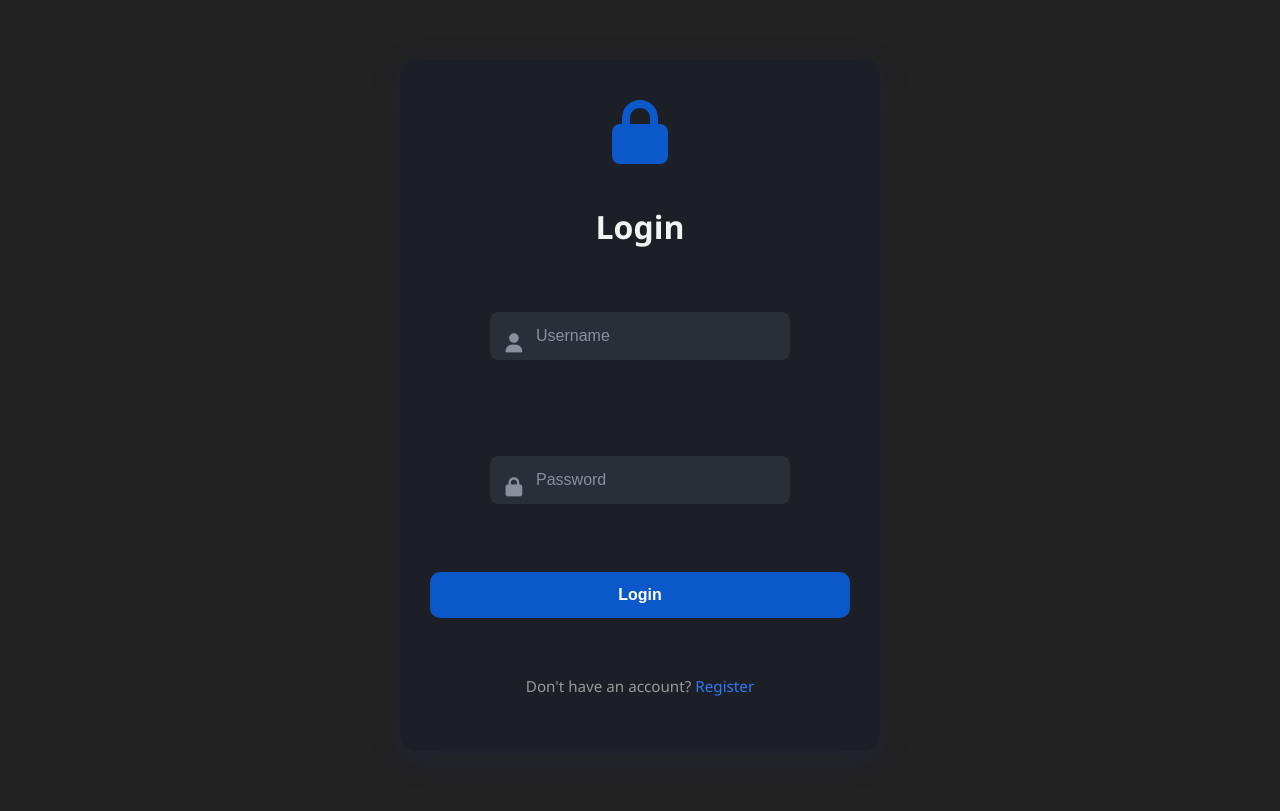
Repository: lowluds/auth-flask
Page: http://localhost/login
An editor plug-in stored every save of this project. The page is shown before and after the next save, followed by the edit.
The browser window is 1280 px wide. The pictures show the whole page.
The page is served by the project's application, run on Flask 3 (login.py).

Above is the page before, as saved 2025-07-10 22:47:57.

After the next save:
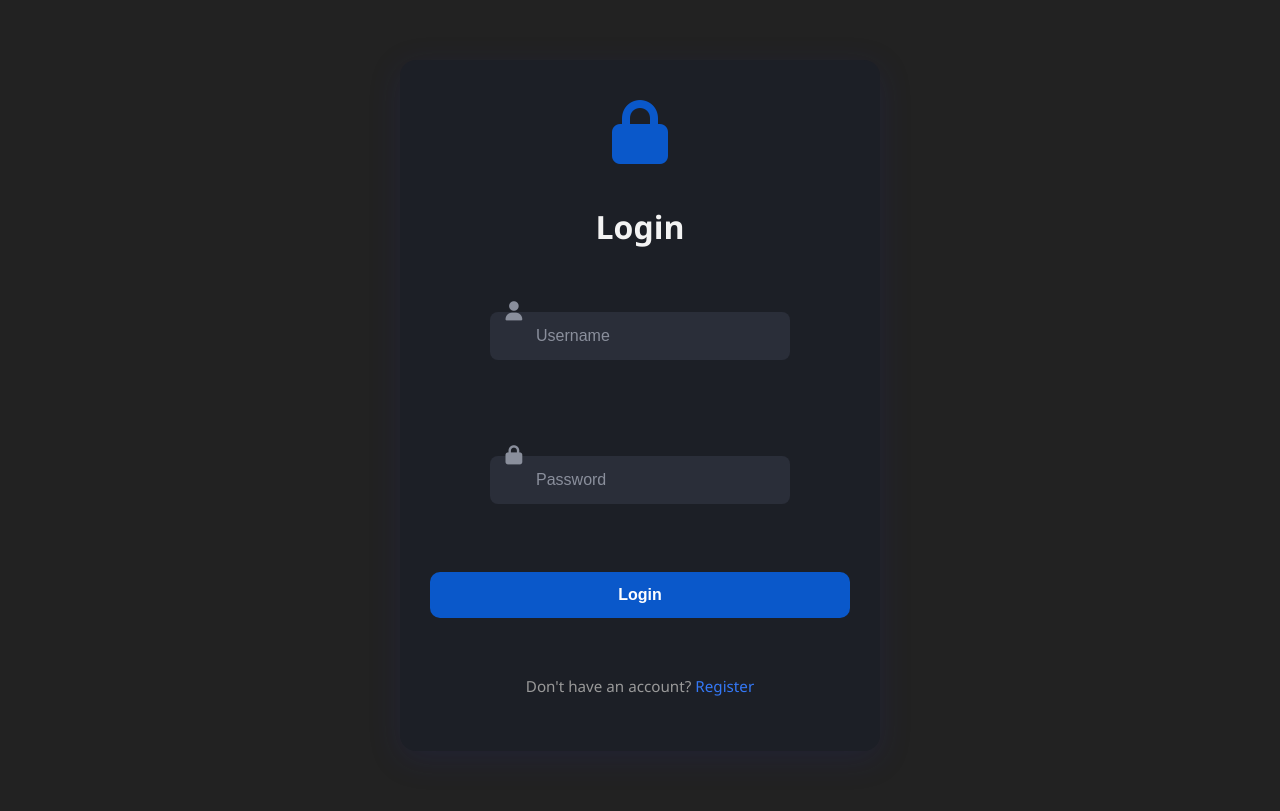
Saved 54 s later.
--- a/templates/login.html
+++ b/templates/login.html
@@ -15,18 +15,19 @@
       width: 300px;
       margin: 40px auto;
     }
-    .input-group i {
-      position: absolute;
-      top: 50%;
-      left: 14px;
-      transform: translateY(-50%);
-      width: 20px;
-      color: #8a8f9c;
-      font-size: 1.2rem;
-      pointer-events: none;
-      display: flex;
-      justify-content: center;
-    }
+.input-group i {
+    position: absolute;
+    top: 0;
+    left: 14px;
+    height: 100%;
+    width: 20px;
+    color: #8a8f9c;
+    font-size: 1.2rem;
+    pointer-events: none;
+    display: flex;
+    align-items: center;      /* This is the key! */
+    justify-content: center;
+}
     .input-group input {
       padding: 14px 16px 14px 46px;
       height: 48px;

After the save that followed:
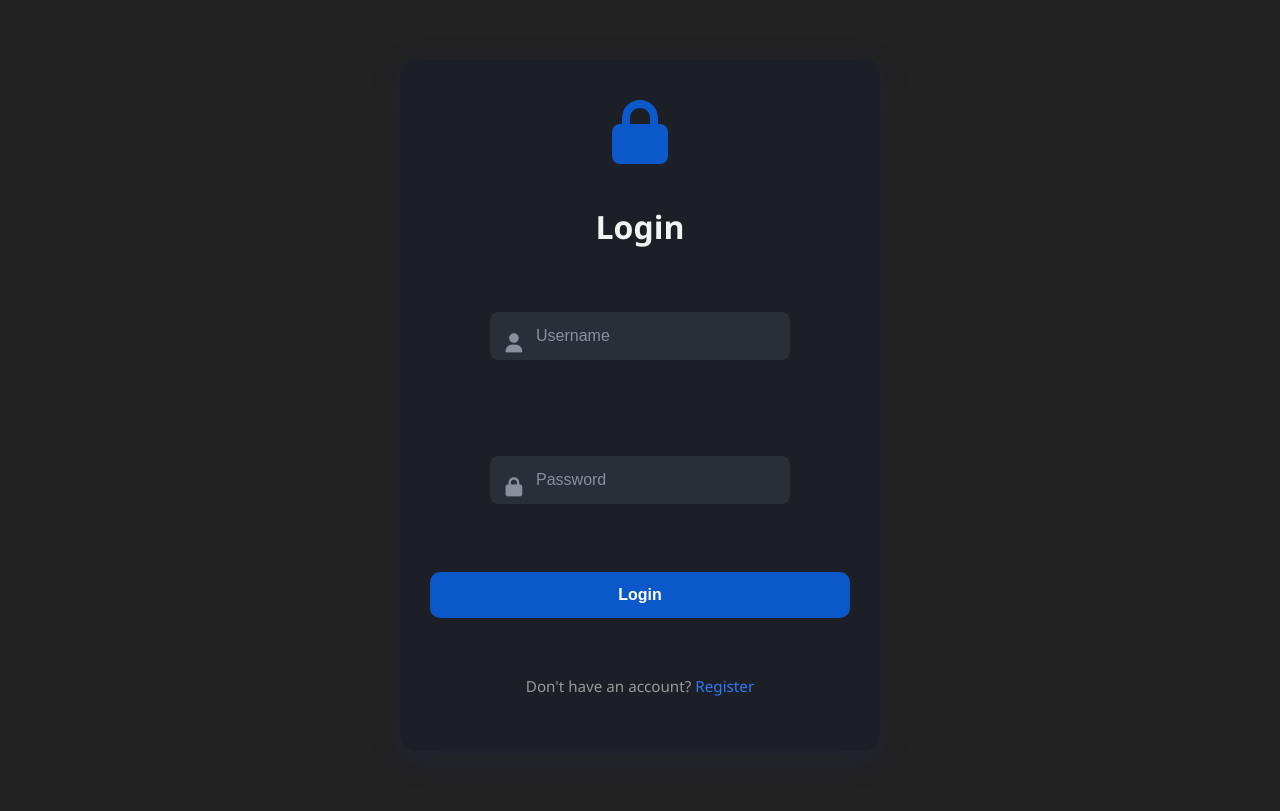
Saved 46 s later.
--- a/templates/login.html
+++ b/templates/login.html
@@ -17,16 +17,13 @@
     }
 .input-group i {
     position: absolute;
-    top: 0;
+    top: 50%;
     left: 14px;
-    height: 100%;
+    transform: translateY(-50%);
     width: 20px;
     color: #8a8f9c;
     font-size: 1.2rem;
     pointer-events: none;
-    display: flex;
-    align-items: center;      /* This is the key! */
-    justify-content: center;
 }
     .input-group input {
       padding: 14px 16px 14px 46px;
